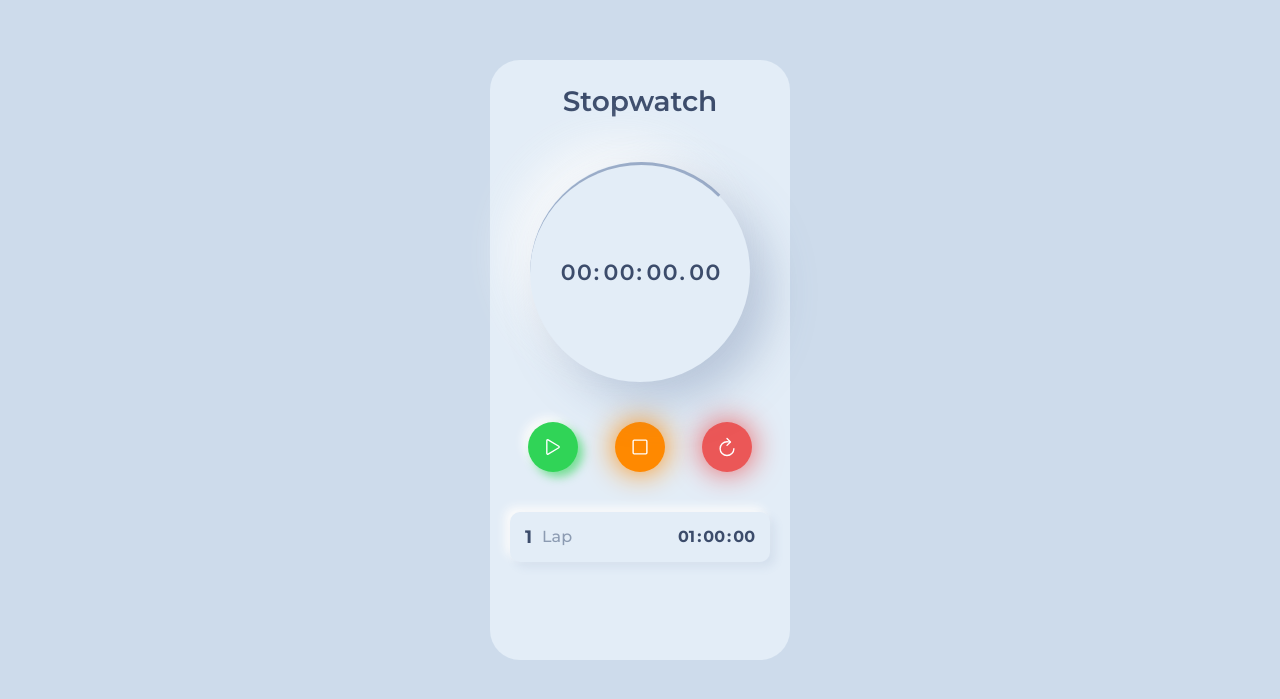
Repository: dinhtri123/stopwatch
Page: index.html
These files come from the project's save history. The page is drawn as it stood at one moment and after a run of saves; the edit follows.
The browser window is 1280 px wide. The pictures show the whole page.

Above is the page before, as saved 2023-01-05 09:51:37.

After the next 4 saves:
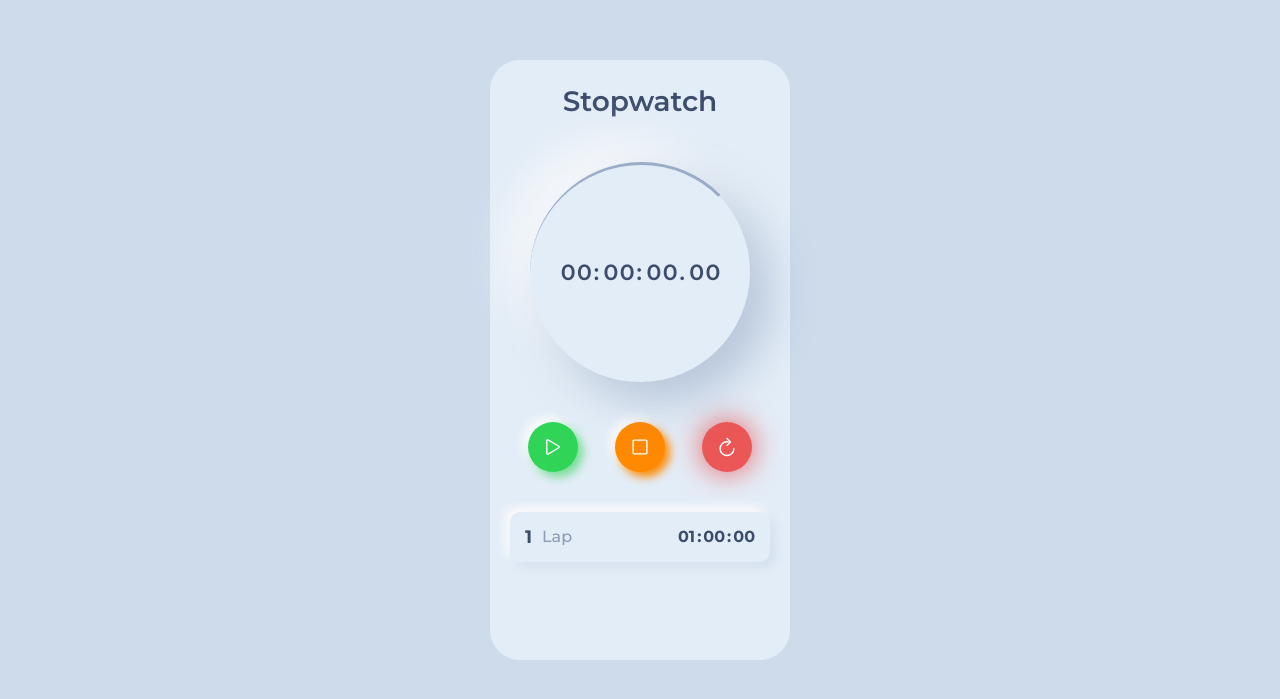
The 4 saves are shown as one change because they came seconds apart.
The last was saved 20 s later.
--- a/style.css
+++ b/style.css
@@ -100,7 +100,9 @@ button {
 }
 .btn-stop {
   background: #ff8900;
-  box-shadow: 0px 0px 30px #ff8900;
+  box-shadow: 5px 5px 10px #ff8900, -5px -5px 10px #fbfbfb;
+
+  /* box-shadow: 0px 0px 30px #ff8900; */
   user-select: none;
   cursor: not-allowed;
 }
